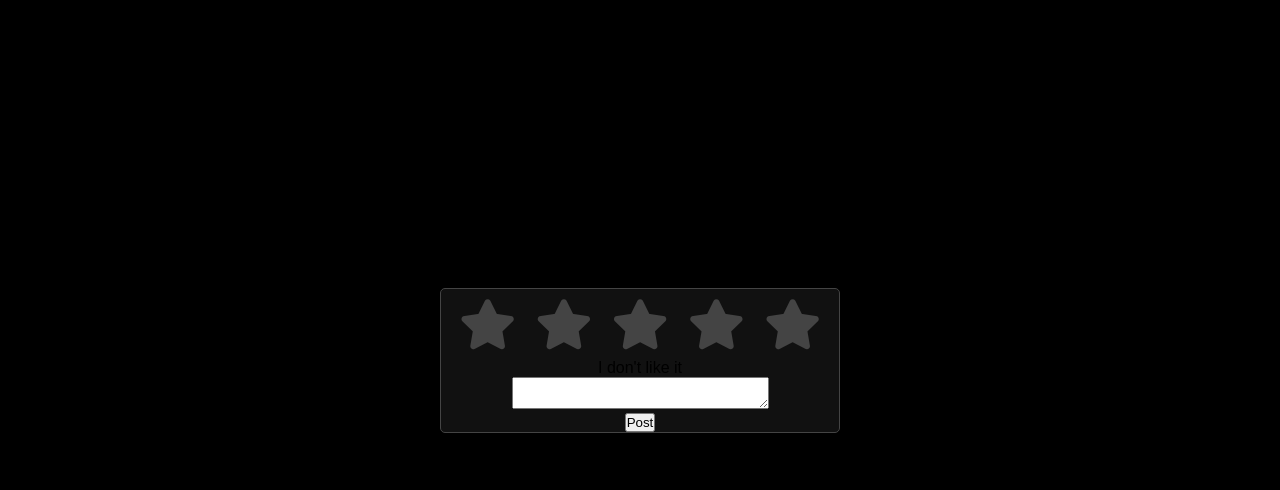
Repository: Suryansh-D/Star-Ratings
Page: index.html
An editor plug-in stored every save of this project. The page is shown before and after the next save, followed by the edit.
The browser window is 1280 px wide. The pictures show the whole page.

Above is the page before, as saved 2024-02-03 09:52:09.

### index.html
<!DOCTYPE html>
<html lang="en">
<head>
    <meta charset="UTF-8">
    <meta name="viewport" content="width=device-width, initial-scale=1.0">
    <title>Document</title>
</head>
<link rel="stylesheet" href="style.css">
<link rel="stylesheet" href="https://cdnjs.cloudflare.com/ajax/libs/font-awesome/5.15.3/css/all.min.css">
<body>
    <div class="container">
        <div class="stars">
            <input type="radio" name="rate" id="rate-5">
            <label for="rate-5" class="fas fa-star"></label>
            <input type="radio" name="rate" id="rate-4">
            <label for="rate-4" class="fas fa-star"></label>
            <input type="radio" name="rate" id="rate-3">
            <label for="rate-3" class="fas fa-star"></label>
            <input type="radio" name="rate" id="rate-2">
            <label for="rate-2" class="fas fa-star"></label>
            <input type="radio" name="rate" id="rate-1">
            <label for="rate-1" class="fas fa-star"></label>
            <form action="#">
                <header>I don't like it</header>
                <div class="textarea">
                <textarea cols="30"></textarea>
                </div>
                    <div class="btn">
                        <button type="submit">Post</button>
                        </div>
                 </form>
        </div>
    </div>
    <script></script>
</body>
</html>

### style.css
@import url('https://fonts.googleapis.com/css?family=Roboto:400,700');
* {
  margin: 0;
  padding: 0;
  box-sizing: border-box;
  font-family:'Poppins', sans-serif;
}
html, body {
  height: 100%;
  background-color: #000;
  place-items: center;
  display: grid;
  text-align: center;
}

.container {
  width: 400px;
  background: #111;
    padding: 20px , 30px;
    border: 1px solid #444;
    border-radius: 5px;
    display: flex;
    flex-direction: column;
    align-items: center;
    justify-content: center;
}
.container .stars input{
    display: none;
}
.stars label{
    font-size: 50px;
    color: #444;
    cursor: pointer;
    transition: all 0.2s ease;
    float: right;
    padding: 10px;

}
.stars input:not(:checked) ~ label:hover ,
.stars input:not(:checked) ~ label:hover ~ label{
    color: #ffcc00;
}
.stars input:checked ~ label{
    color: #ffcc00;
}
input#rate-5:checked ~ label#rate-5 ~ label#rate-4 ~ label#rate-3 ~ label#rate-2 ~ label#rate-1{
    color: #ffe7;
    text-shadow: 0 0 20px #952;
}
form-header{
    font-size: 30px;
    color: #444;
    margin-bottom: 20px;
}

After the next save:
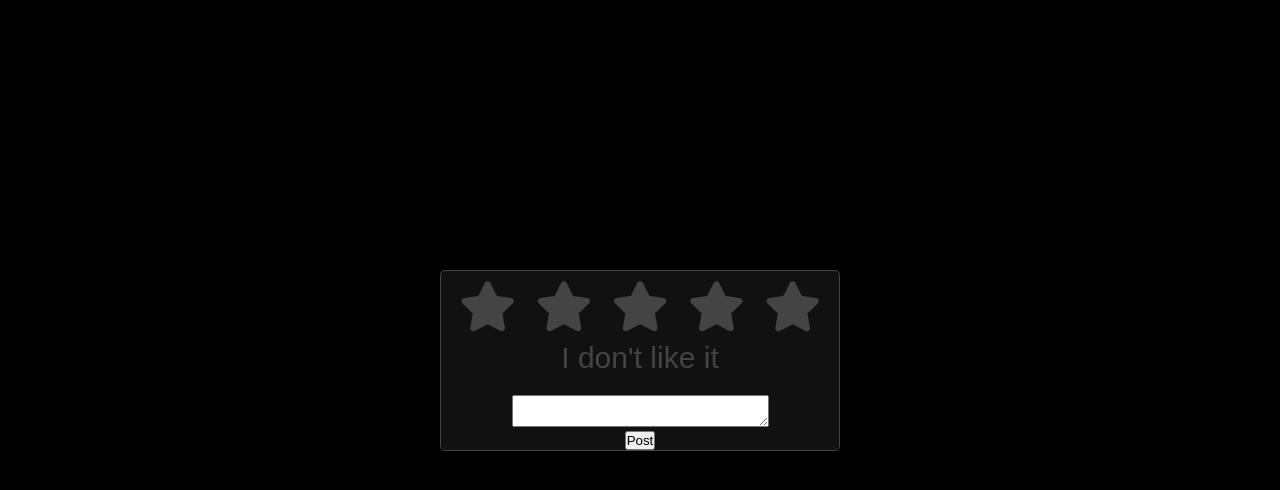
Saved 8 s later.
--- a/style.css
+++ b/style.css
@@ -47,7 +47,7 @@
     color: #ffe7;
     text-shadow: 0 0 20px #952;
 }
-form-header{
+form header{
     font-size: 30px;
     color: #444;
     margin-bottom: 20px;

After the 4 saves that followed:
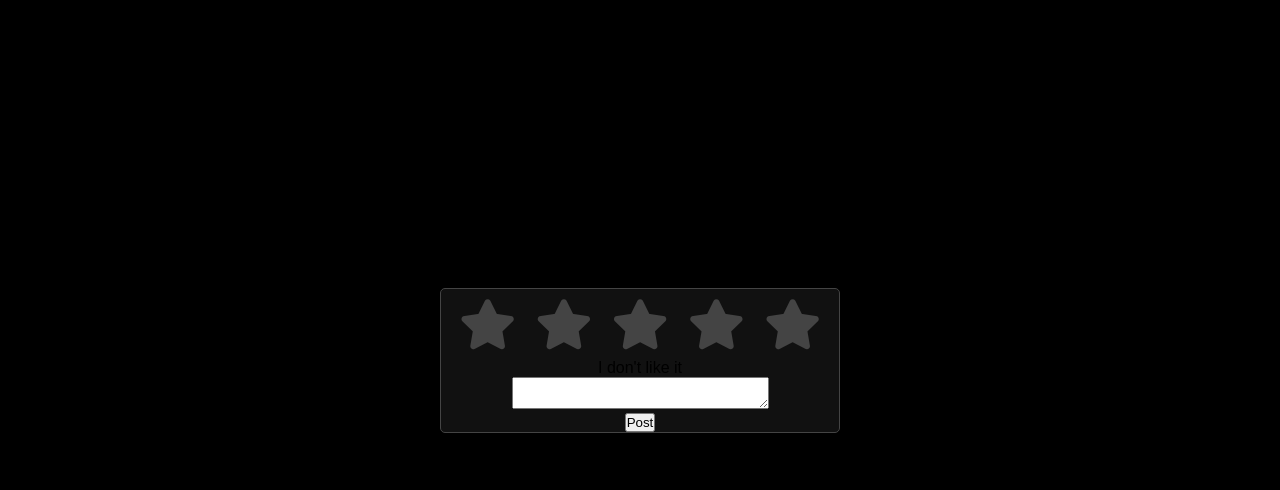
The 4 saves are shown as one change because they came seconds apart.
The last was saved 78 s later.
--- a/style.css
+++ b/style.css
@@ -48,7 +48,6 @@
     text-shadow: 0 0 20px #952;
 }
 form header{
-    font-size: 30px;
-    color: #444;
-    margin-bottom: 20px;
+    width:100%;
+
 }
